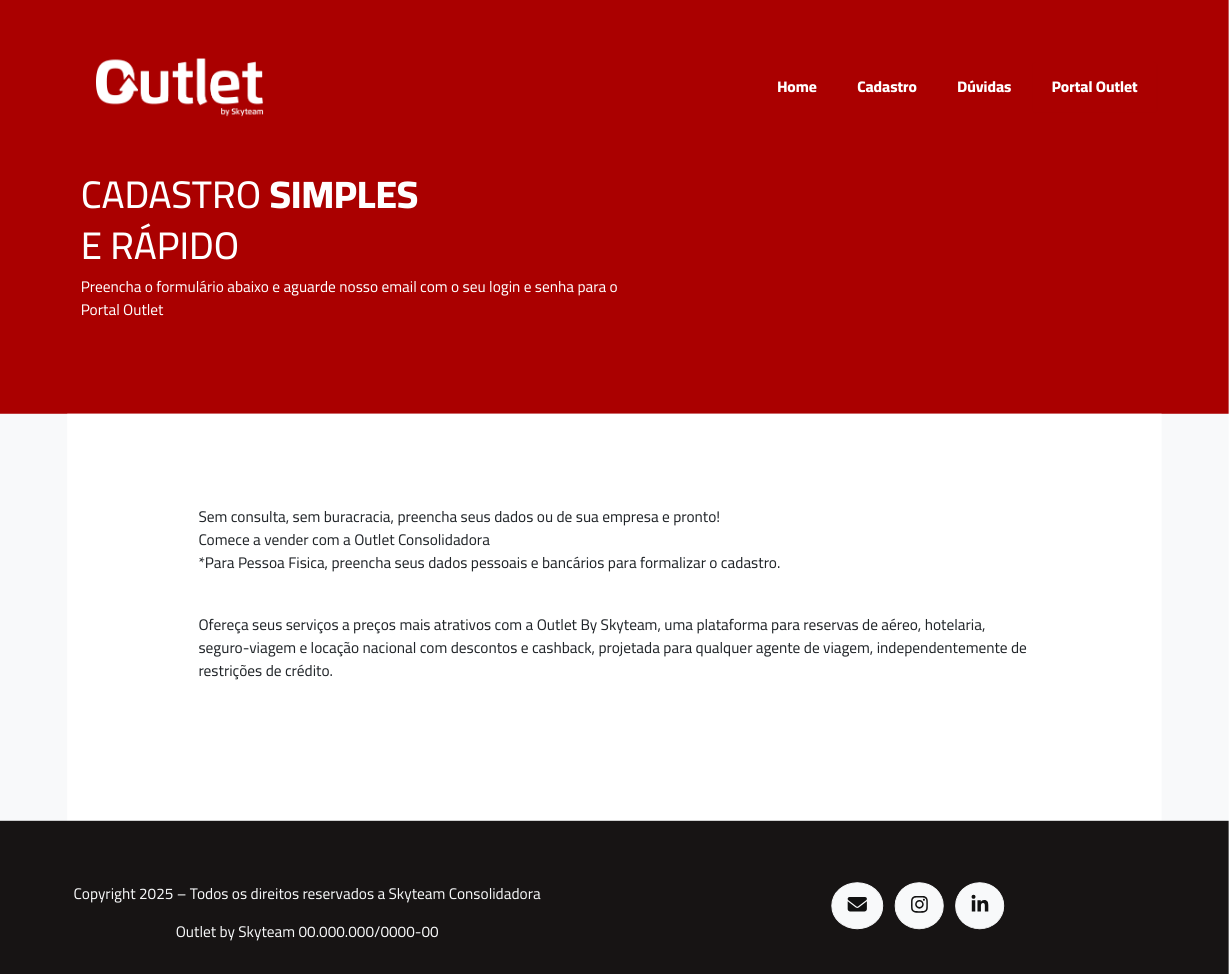
Repository: SkyTeam-Dev/Outlet_Site
Page: Site/Template_Page.html
These files come from the project's save history. The page is drawn as it stood at one moment and after the next save; the edit follows.
The browser window is 1280 px wide. The pictures show the whole page, at 96% of full size.
Some web libraries are served in a nearby version.

Above is the page before, as saved 2025-03-25 15:10:28.

After the next save:
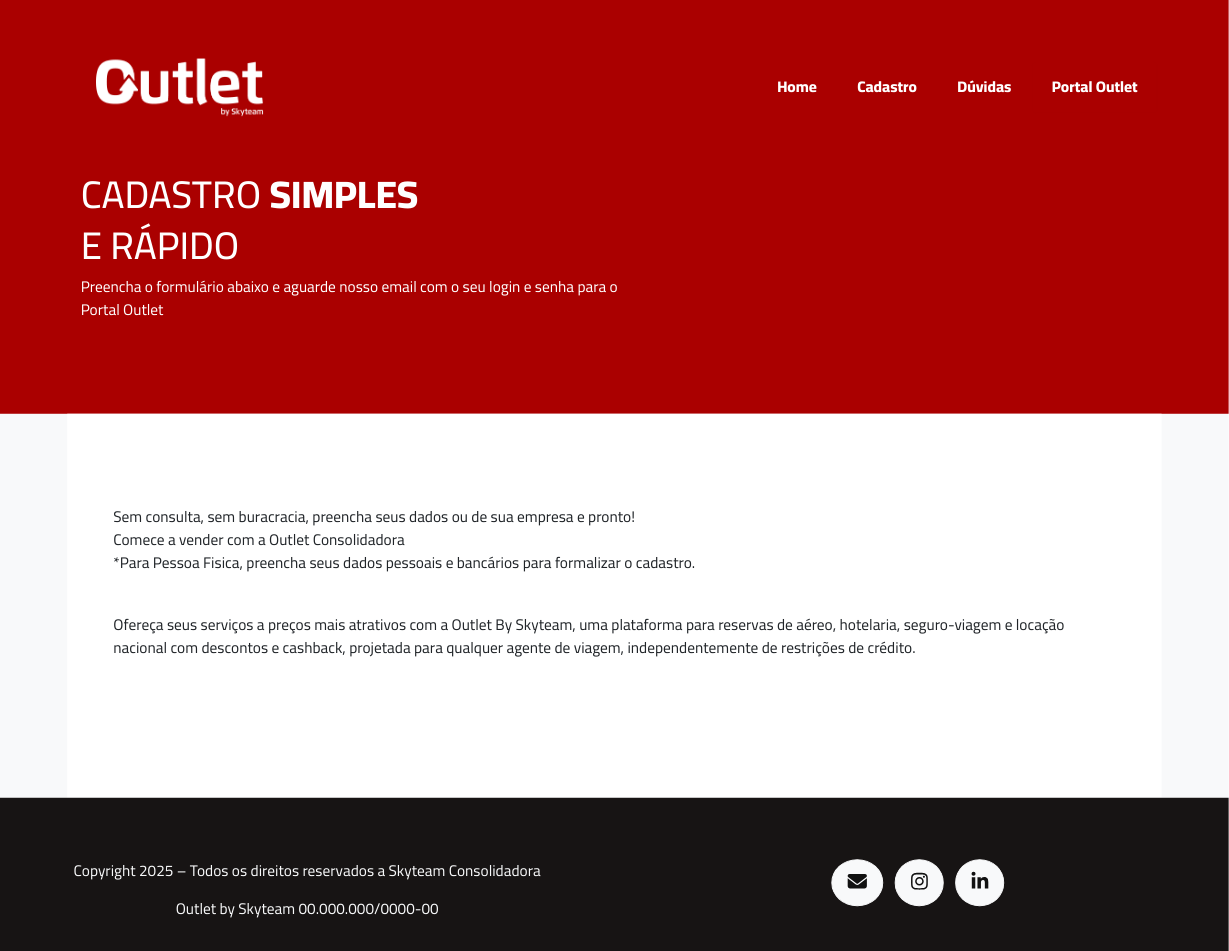
Saved 13 s later.
--- a/Site/Template_Page.html
+++ b/Site/Template_Page.html
@@ -267,7 +267,7 @@
                 <div class="col-sm-12 p-5">
                     <div class="row justify-content-center">
 
-                        <div class="col-xl-10 col-lg-10 col-md-12 col-sm-12 mt-5">
+                        <div class="col-xl-12 col-lg-12 col-md-12 col-sm-12 mt-5">
                             <ul class="list-unstyled">
                                 <li>Sem consulta, sem buracracia, preencha seus dados ou de sua empresa e pronto!</li>
                                 <li>Comece a vender com a Outlet Consolidadora</li>
